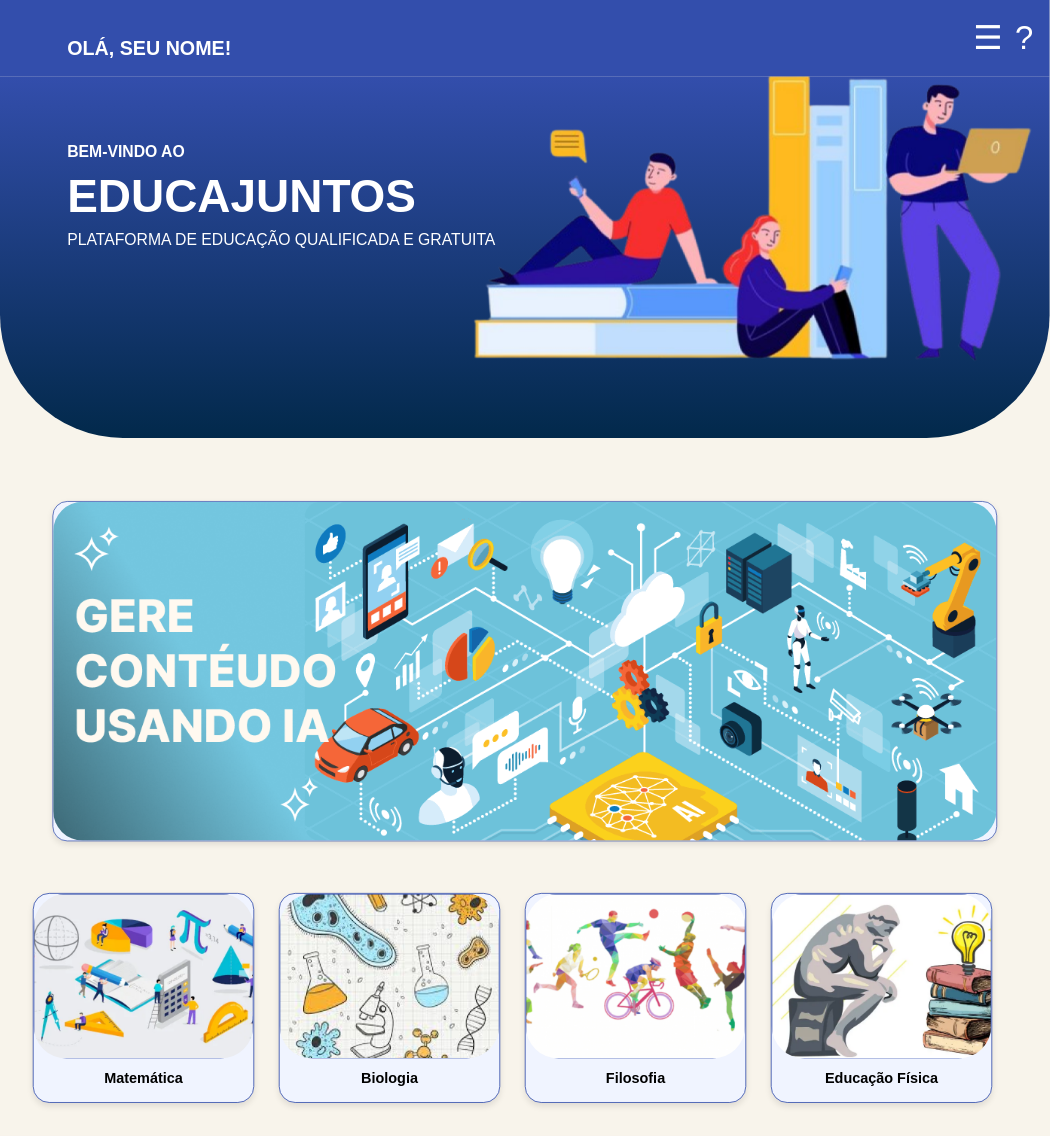
Repository: Matheus904-12/EDUCAJUNTOS
Page: inicio/index.html
An editor plug-in stored every save of this project. The page is shown before and after the next save, followed by the edit.
The browser window is 1280 px wide. The pictures show the whole page, at 82% of full size.

Above is the page before, as saved 2024-10-28 19:57:38.

After the next save:
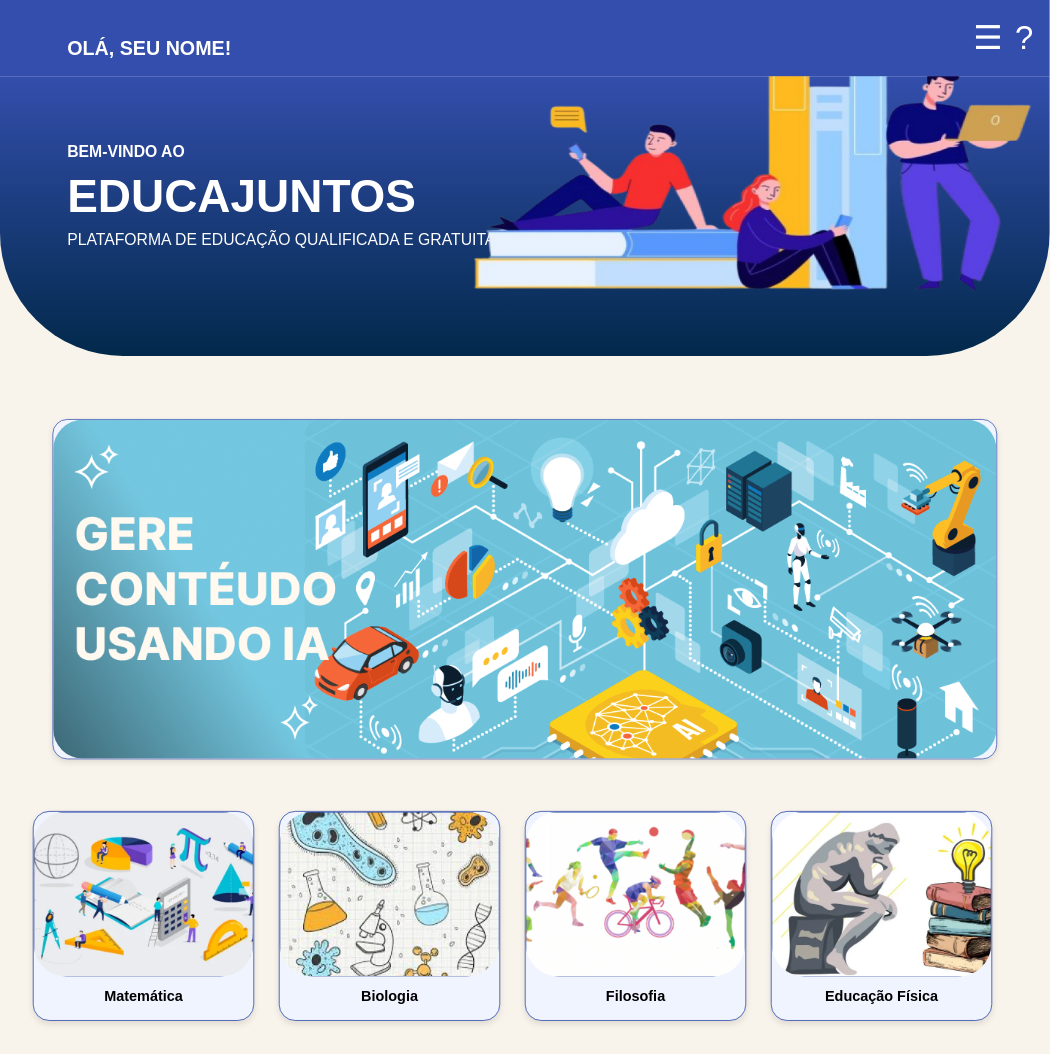
Saved 6 s later.
--- a/inicio/style.css
+++ b/inicio/style.css
@@ -79,7 +79,7 @@
     display: flex;
     margin-left: 40%;
     width: 782px;
-    height: 500px;
+    height: 400px;
     margin-top: -25%;
 }
 

After the save that followed:
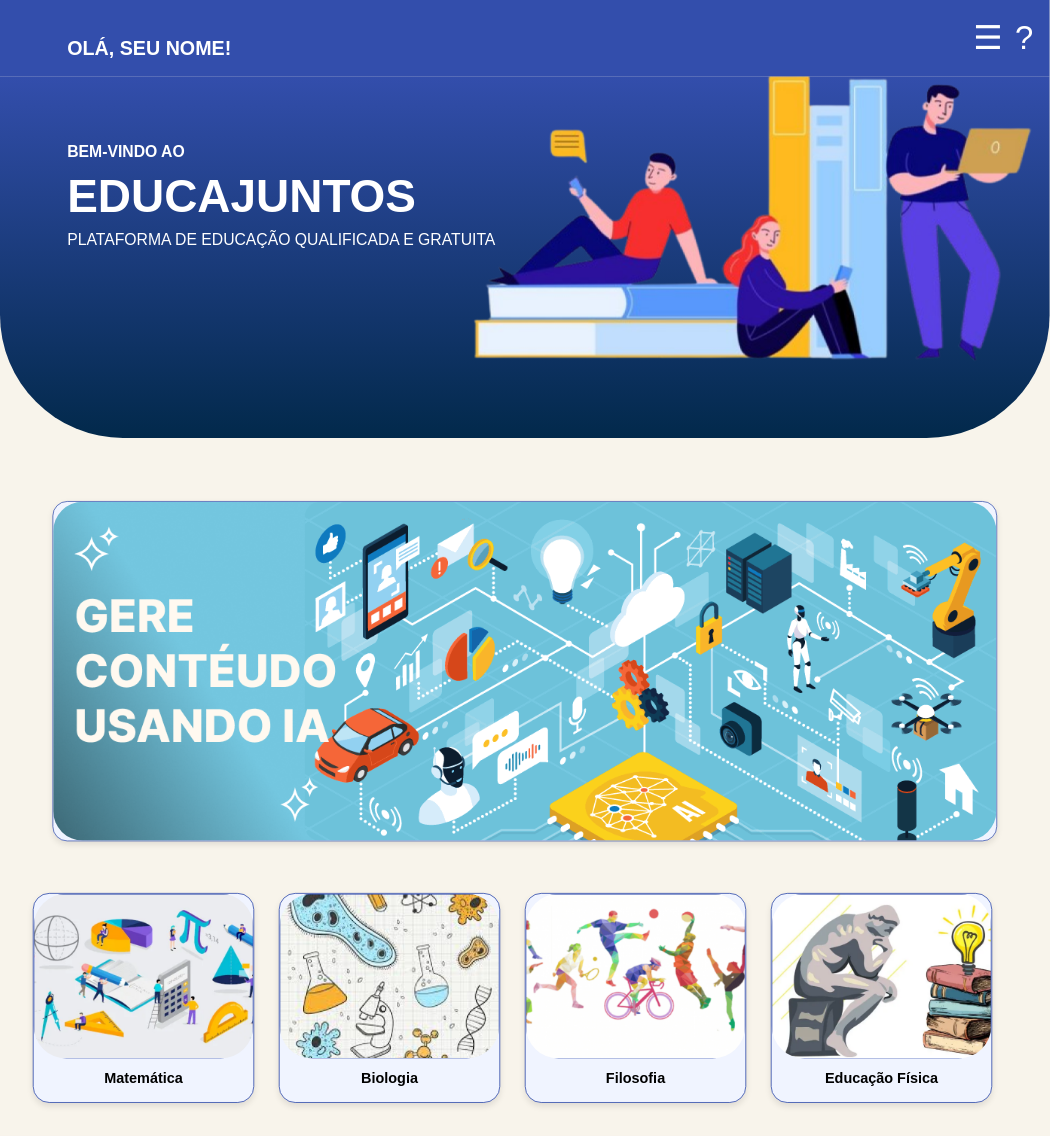
Saved 9 s later.
--- a/inicio/style.css
+++ b/inicio/style.css
@@ -79,7 +79,7 @@
     display: flex;
     margin-left: 40%;
     width: 782px;
-    height: 400px;
+    height: 500px;
     margin-top: -25%;
 }
 
